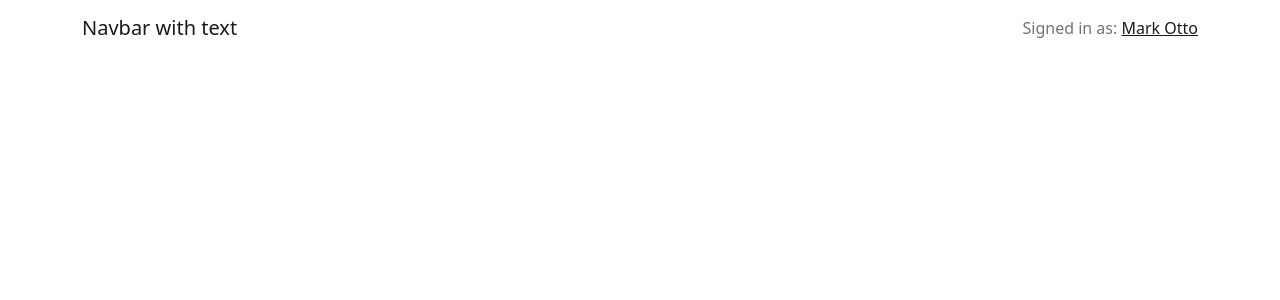
Repository: adnanyagmur/React-Instagram-Clone-Bootstrap
Page: /
The author's editor kept a copy of each file at every save. The page is drawn from the files as they stood at one save, then again after the next save.
The browser window is 1280 px wide. The pictures show the whole page.
The project was rebuilt for these pictures with package versions that can differ from the ones it lists, and the page was loaded fresh each time.

Above is the page before, as saved 2022-07-01 16:07:23.

After the next save:
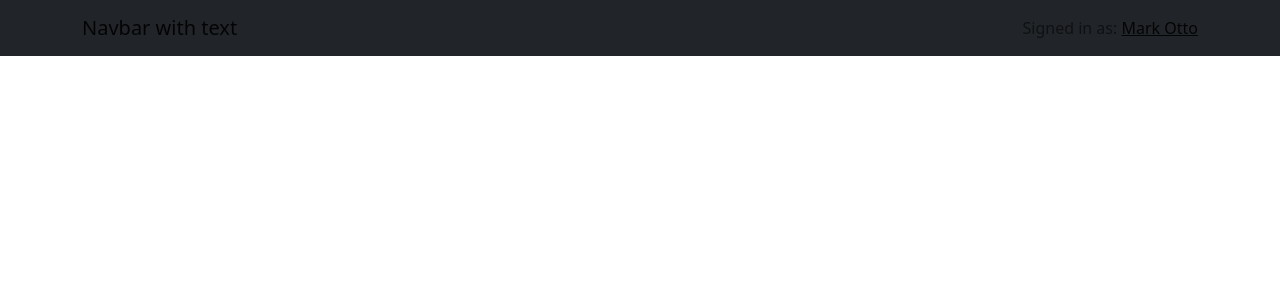
Saved 35 s later.
--- a/src/components/Headers.jsx
+++ b/src/components/Headers.jsx
@@ -3,7 +3,7 @@
 const Headers = ()=>{
 
     return (
-        <Navbar bg="red">
+        <Navbar bg="dark">
   <Container>
     <Navbar.Brand href="/">Navbar with text</Navbar.Brand>
     <Navbar.Toggle />
